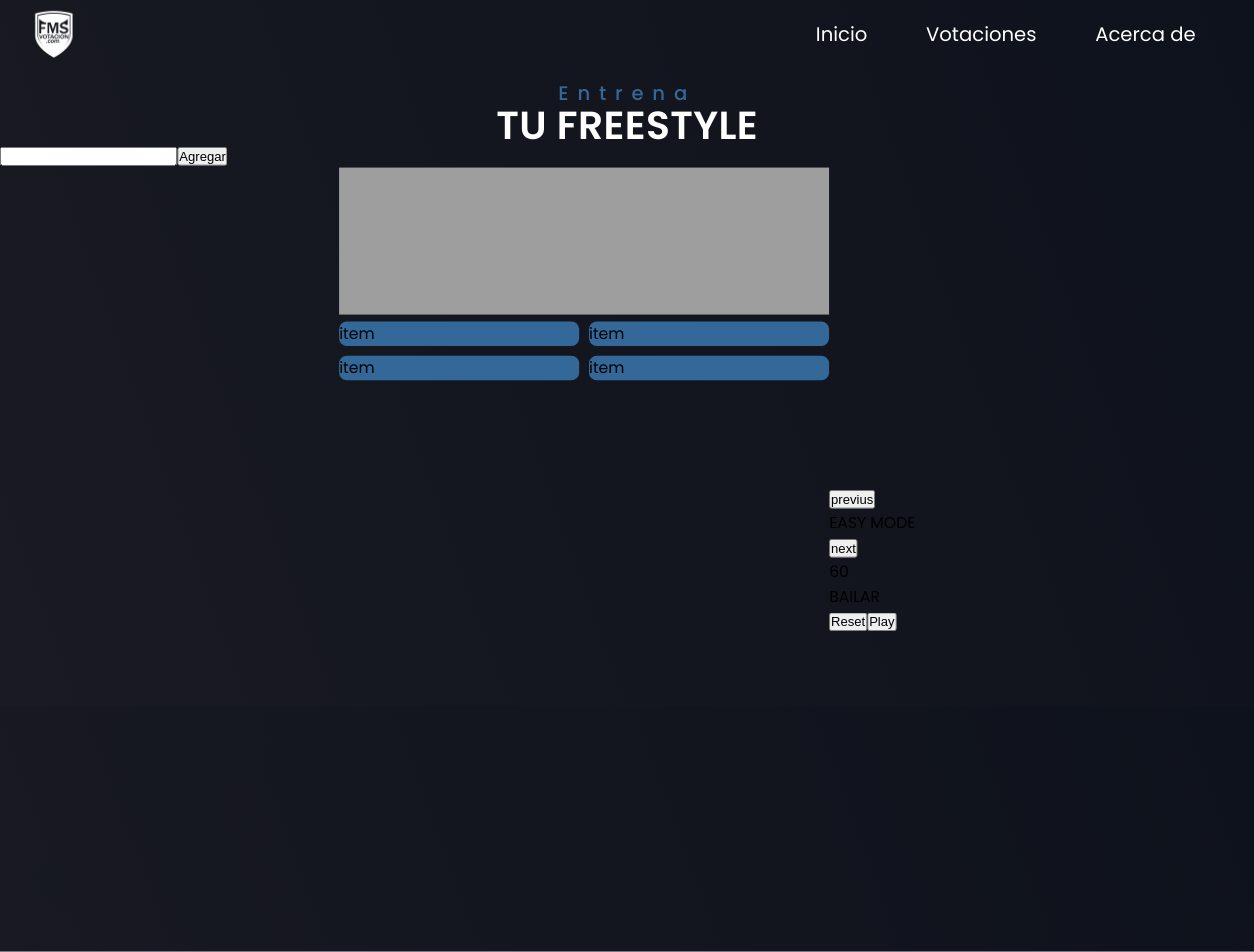
Repository: ezegonzalez912/fmsvotacion2
Page: /practice
These files come from the project's save history. The page is drawn as it stood at one moment and after the next save; the edit follows.
The browser window is 1280 px wide. The pictures show the whole page, at 98% of full size.
Pictures or frames that could not be fetched are drawn as grey boxes. The page's requests for data from a server got no answer. The project was rebuilt for these pictures with package versions that can differ from the ones it lists, and the page was loaded fresh each time. No one was signed in, and anything a server would have sent is missing. Also part of the build but not shown: src/components/screens/AboutScreen.js, src/components/Error.js, src/components/Apoya.js, src/components/screens/MainScreen.js, src/components/Contexts/CompContext.js, src/helpers/valueCheck.js, src/helpers/valueCheck2.js, src/hooks/useVote.js and 42 more.

Above is the page before, as saved 2021-08-15 00:49:59.

After the next save:
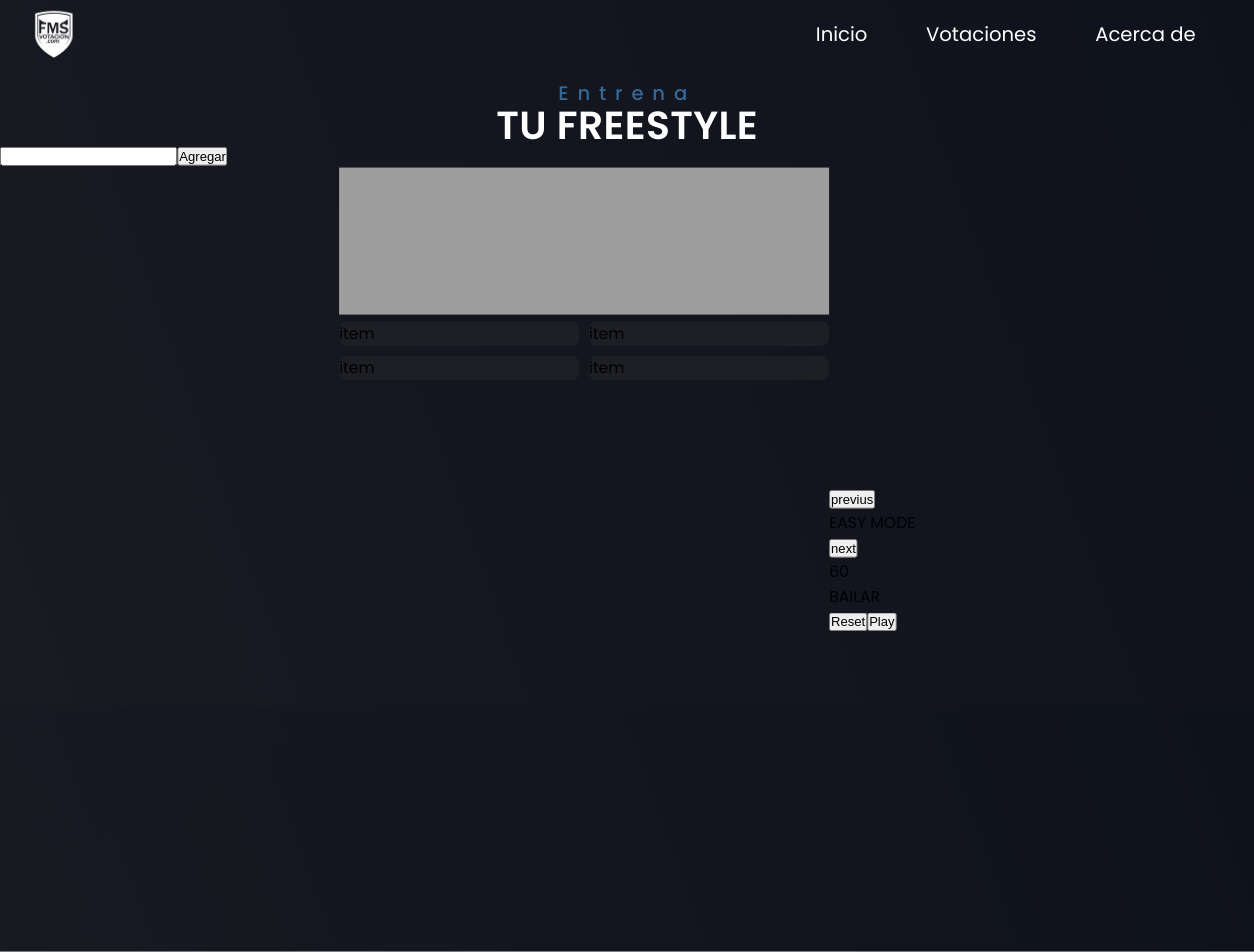
Saved 17 s later.
--- a/src/styles/components/_practice.scss
+++ b/src/styles/components/_practice.scss
@@ -22,7 +22,7 @@
 }
 
 .video-list-item{
-    background: c.$primary;
+    background: c.$dark-secundary;
     border-radius: 8px;
     width: 49%;
 }
